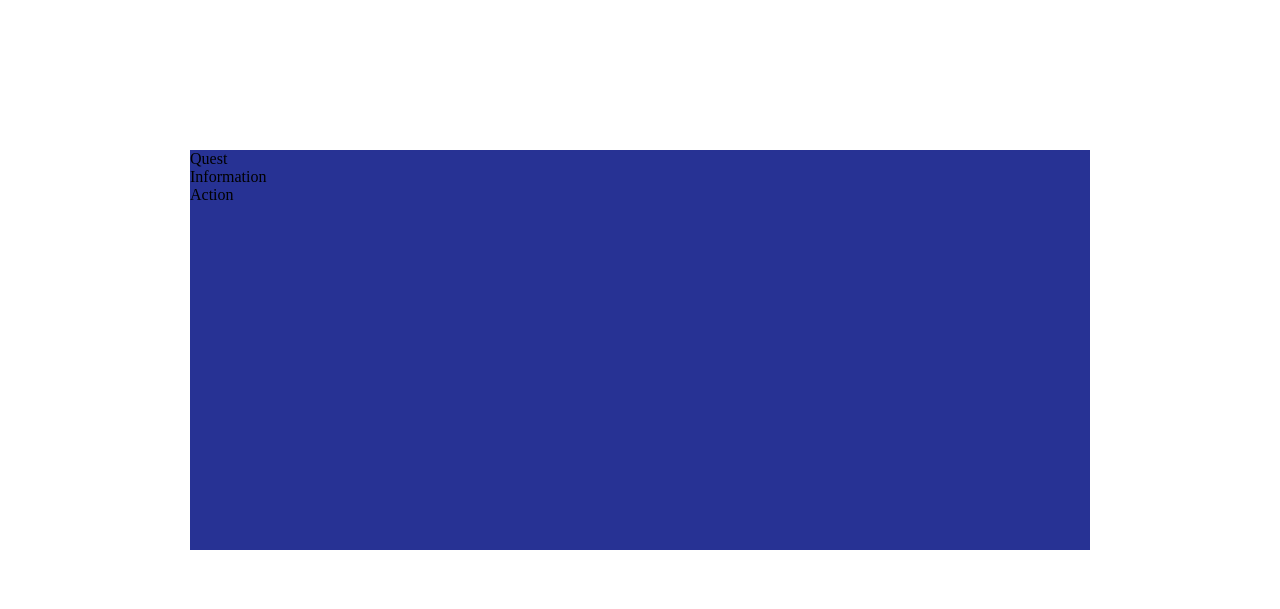
Repository: rahulnag7963/UBCHacks4.0
Page: /
These files come from the project's save history. The page is drawn as it stood at one moment and after the next save; the edit follows.
The browser window is 1280 px wide. The pictures show the whole page.
The project was rebuilt for these pictures with package versions that can differ from the ones it lists, and the page was loaded fresh each time.

Above is the page before, as saved 2022-11-26 02:40:57.

After the next save:
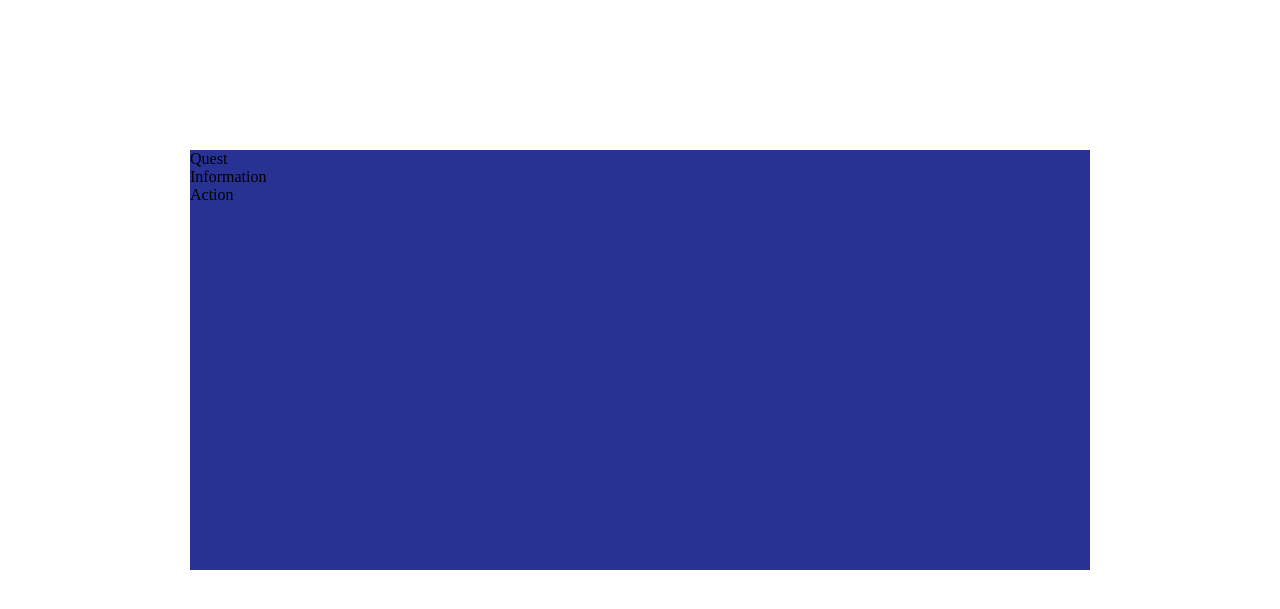
Saved 19 s later.
--- a/src/app.css
+++ b/src/app.css
@@ -1,5 +1,5 @@
 .app {
-    height: 400px;
+    height: 420px;
     width: 900px;
     background-color: rgb(39, 50, 148);
     margin-left: auto;

After the save that followed:
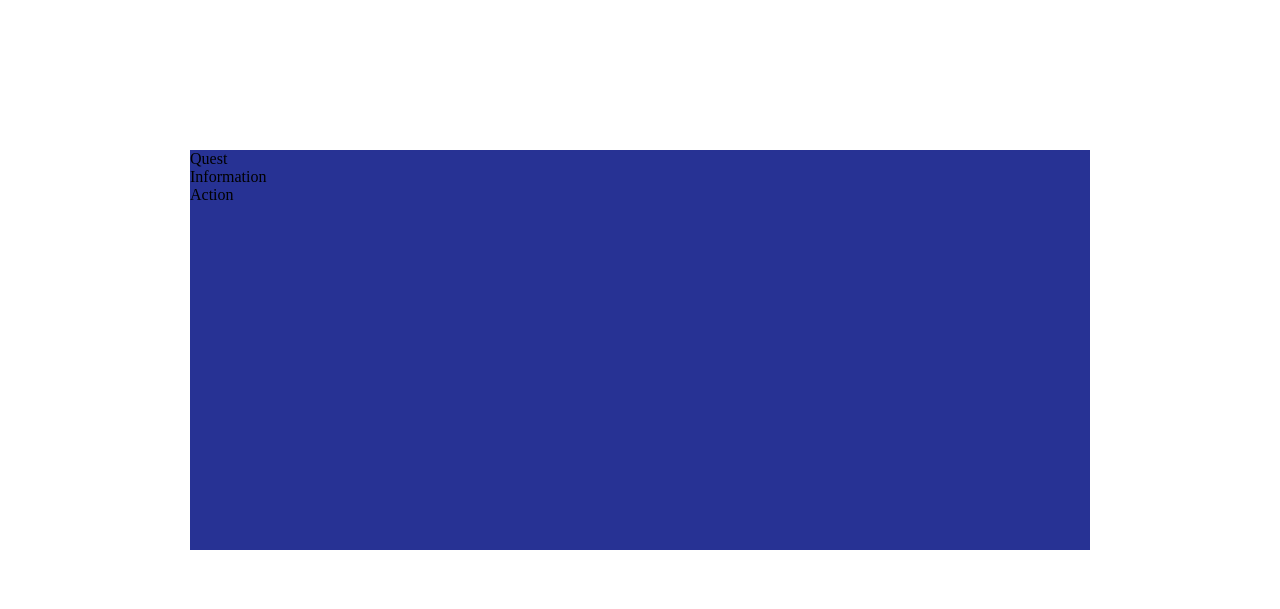
Saved 6 s later.
--- a/src/app.css
+++ b/src/app.css
@@ -1,5 +1,5 @@
 .app {
-    height: 420px;
+    height: 400px;
     width: 900px;
     background-color: rgb(39, 50, 148);
     margin-left: auto;
